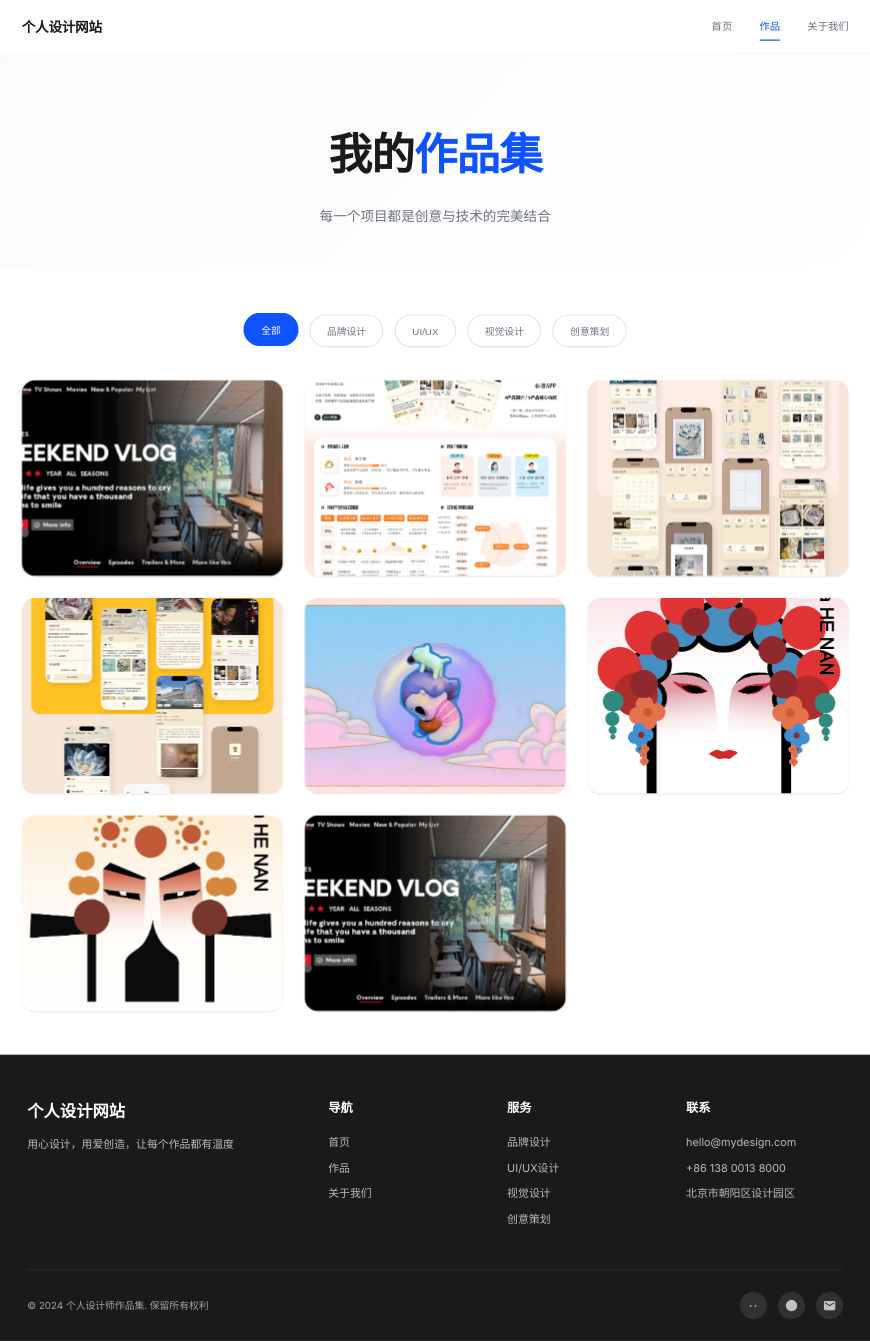
Repository: Nanzhexi/zhexi.github.io
Page: portfolio.html
The author's editor kept a copy of each file at every save. The page is drawn from the files as they stood at one save, then again after the next save.
The browser window is 1280 px wide. The pictures show the whole page, at 68% of full size.

Above is the page before, as saved 2025-07-03 04:07:03.

After the next save:
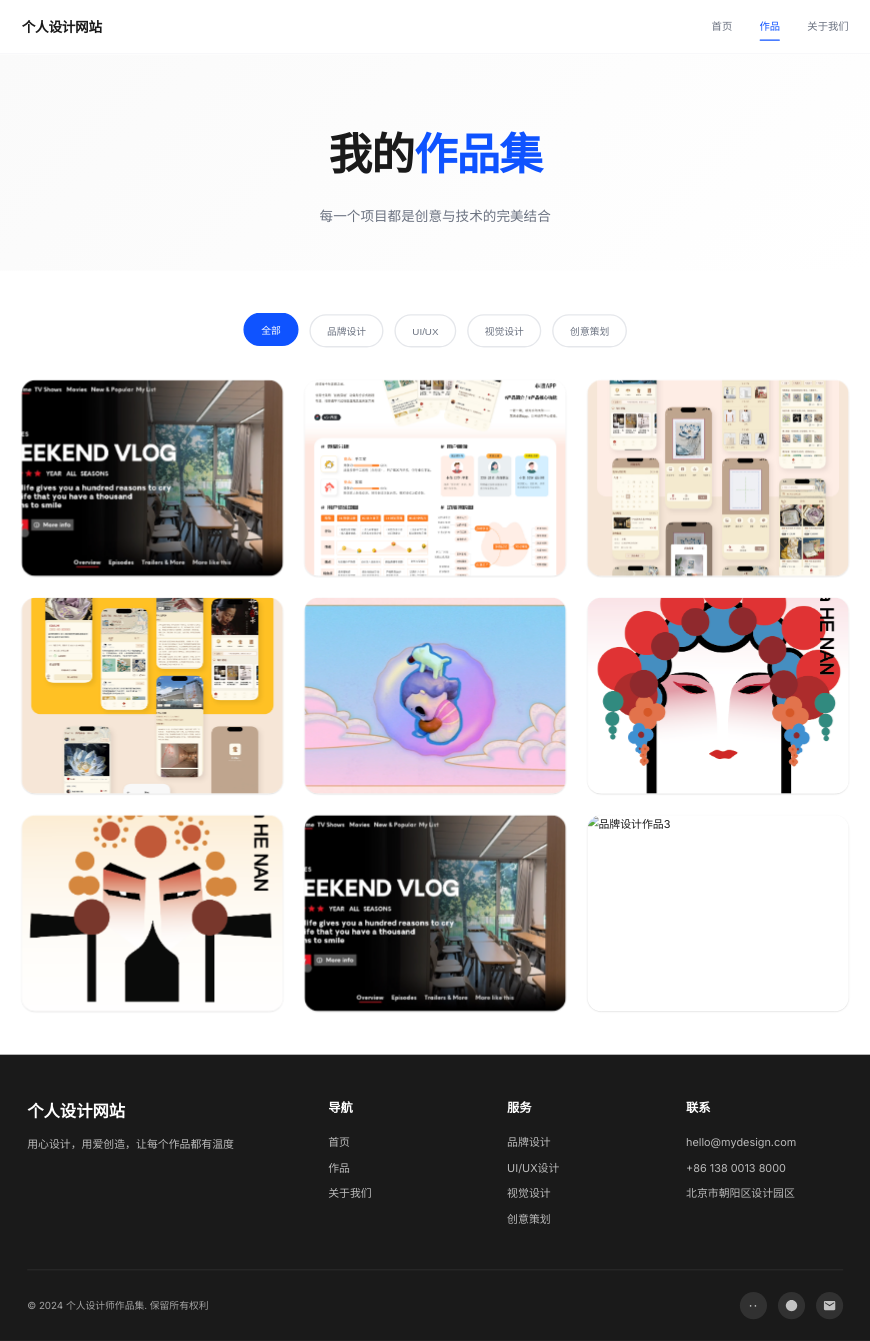
Not found: images/5.jpg
Saved 104 s later.
--- a/portfolio.html
+++ b/portfolio.html
@@ -211,6 +211,29 @@
                                         <span class="tag">移动端</span>
                                         <span class="tag">用户界面</span>
                                         <span class="tag">交互体验</span>
+                                    </div>
+                                </div>
+                                <button class="view-project-btn">
+                                    查看项目
+                                    <svg width="16" height="16" viewBox="0 0 24 24" fill="none" stroke="currentColor" stroke-width="2">
+                                        <path d="M7 17L17 7M17 7H7M17 7V17"/>
+                                    </svg>
+                                </button>
+                            </div>
+                        </div>
+                    </div>
+
+                    <div class="portfolio-item-full" data-category="brand">
+                        <div class="portfolio-image">
+                            <img src="./images/5.jpg" alt="品牌设计作品3" loading="lazy">
+                            <div class="portfolio-overlay-full">
+                                <div class="portfolio-info-full">
+                                    <h3>现代简约品牌设计</h3>
+                                    <p>品牌设计 • 2024</p>
+                                    <div class="portfolio-tags">
+                                        <span class="tag">品牌策略</span>
+                                        <span class="tag">视觉识别</span>
+                                        <span class="tag">应用设计</span>
                                     </div>
                                 </div>
                                 <button class="view-project-btn">

After the save that followed:
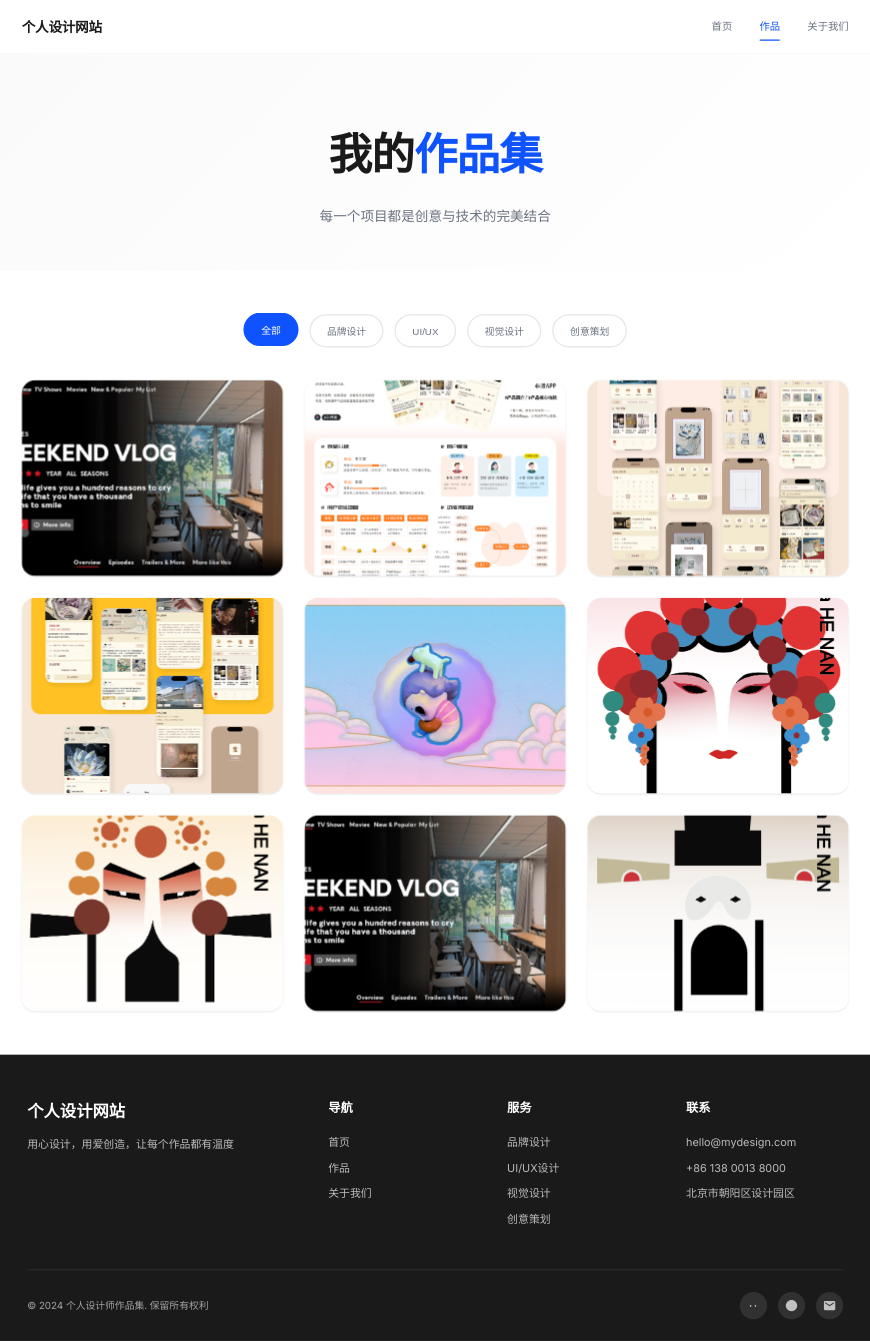
Saved 2 min 21 s later.
--- a/portfolio.html
+++ b/portfolio.html
@@ -225,7 +225,7 @@
 
                     <div class="portfolio-item-full" data-category="brand">
                         <div class="portfolio-image">
-                            <img src="./images/5.jpg" alt="品牌设计作品3" loading="lazy">
+                            <img src="./images/9.png" alt="品牌设计作品3" loading="lazy">
                             <div class="portfolio-overlay-full">
                                 <div class="portfolio-info-full">
                                     <h3>现代简约品牌设计</h3>
